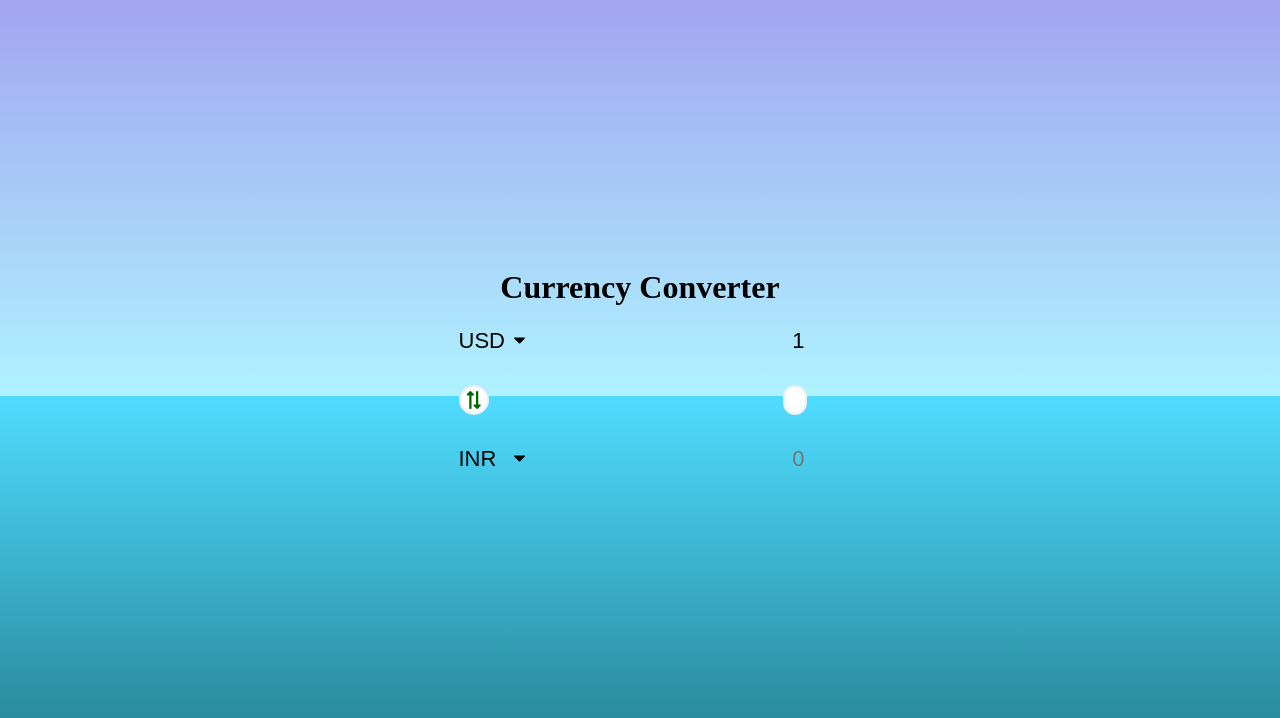
Repository: Sp4ngl3r/Currency-Converter
Page: currency.html
An editor plug-in stored every save of this project. The page is shown before and after the next save, followed by the edit.
The browser window is 1280 px wide. The pictures show the whole page.
The page's requests for data from a server got no answer. Some web fonts or font styles are not loaded; a fallback is used. Some web libraries are served in a nearby version.

Above is the page before, as saved 2020-04-19 09:11:34.

### currency.html
<html lang="en">
  <head>
    <meta charset="UTF-8" />
    <title>Currency Converter</title>
    <link
      rel="stylesheet"
      href="https://cdnjs.cloudflare.com/ajax/libs/font-awesome/5.10.2/css/all.min.css"
    />
    <link rel="stylesheet" href="currency.css" />
  </head>
  <body>
    <div>
      <h1>Currency Converter</h1>
    </div>
    <div class="container">
      <div class="currency">
        <select id="from_currency">
          <option value="AED">AED</option>
          <option value="ARS">ARS</option>
          <option value="AUD">AUD</option>
          <option value="BGN">BGN</option>
          <option value="BRL">BRL</option>
          <option value="BSD">BSD</option>
          <option value="CAD">CAD</option>
          <option value="CHF">CHF</option>
          <option value="CLP">CLP</option>
          <option value="CNY">CNY</option>
          <option value="COP">COP</option>
          <option value="CZK">CZK</option>
          <option value="DKK">DKK</option>
          <option value="DOP">DOP</option>
          <option value="EGP">EGP</option>
          <option value="EUR">EUR</option>
          <option value="FJD">FJD</option>
          <option value="GBP">GBP</option>
          <option value="GTQ">GTQ</option>
          <option value="HKD">HKD</option>
          <option value="HRK">HRK</option>
          <option value="HUF">HUF</option>
          <option value="IDR">IDR</option>
          <option value="ILS">ILS</option>
          <option value="INR">INR</option>
          <option value="ISK">ISK</option>
          <option value="JPY">JPY</option>
          <option value="KRW">KRW</option>
          <option value="KZT">KZT</option>
          <option value="MXN">MXN</option>
          <option value="MYR">MYR</option>
          <option value="NOK">NOK</option>
          <option value="NZD">NZD</option>
          <option value="PAB">PAB</option>
          <option value="PEN">PEN</option>
          <option value="PHP">PHP</option>
          <option value="PKR">PKR</option>
          <option value="PLN">PLN</option>
          <option value="PYG">PYG</option>
          <option value="RON">RON</option>
          <option value="RUB">RUB</option>
          <option value="SAR">SAR</option>
          <option value="SEK">SEK</option>
          <option value="SGD">SGD</option>
          <option value="THB">THB</option>
          <option value="TRY">TRY</option>
          <option value="TWD">TWD</option>
          <option value="UAH">UAH</option>
          <option value="USD" selected>USD</option>
          <option value="UYU">UYU</option>
          <option value="VND">VND</option>
          <option value="ZAR">ZAR</option>
        </select>
        <input type="number" id="from_amount" placeholder="0" value="1" />
      </div>
      <div class="middle">
        <button id="exchange">
          <i class="fas fa-exchange-alt"></i>
        </button>
        <div class="rate" id="rate"></div>
      </div>
      <div class="currency">
        <select id="to_currency"
          ><option value="AED">AED</option>
          <option value="ARS">ARS</option>
          <option value="AUD">AUD</option>
          <option value="BGN">BGN</option>
          <option value="BRL">BRL</option>
          <option value="BSD">BSD</option>
          <option value="CAD">CAD</option>
          <option value="CHF">CHF</option>
          <option value="CLP">CLP</option>
          <option value="CNY">CNY</option>
          <option value="COP">COP</option>
          <option value="CZK">CZK</option>
          <option value="DKK">DKK</option>
          <option value="DOP">DOP</option>
          <option value="EGP">EGP</option>
          <option value="EUR">EUR</option>
          <option value="FJD">FJD</option>
          <option value="GBP">GBP</option>
          <option value="GTQ">GTQ</option>
          <option value="HKD">HKD</option>
          <option value="HRK">HRK</option>
          <option value="HUF">HUF</option>
          <option value="IDR">IDR</option>
          <option value="ILS">ILS</option>
          <option value="INR" selected>INR</option>
          <option value="ISK">ISK</option>
          <option value="JPY">JPY</option>
          <option value="KRW">KRW</option>
          <option value="KZT">KZT</option>
          <option value="MXN">MXN</option>
          <option value="MYR">MYR</option>
          <option value="NOK">NOK</option>
          <option value="NZD">NZD</option>
          <option value="PAB">PAB</option>
          <option value="PEN">PEN</option>
          <option value="PHP">PHP</option>
          <option value="PKR">PKR</option>
          <option value="PLN">PLN</option>
          <option value="PYG">PYG</option>
          <option value="RON">RON</option>
          <option value="RUB">RUB</option>
          <option value="SAR">SAR</option>
          <option value="SEK">SEK</option>
          <option value="SGD">SGD</option>
          <option value="THB">THB</option>
          <option value="TRY">TRY</option>
          <option value="TWD">TWD</option>
          <option value="UAH">UAH</option>
          <option value="USD">USD</option>
          <option value="UYU">UYU</option>
          <option value="VND">VND</option>
          <option value="ZAR">ZAR</option>
        </select>
        <input type="number" id="to_amount" placeholder="0" />
      </div>
    </div>
    <script src="currency.js"></script>
  </body>
</html>

### currency.css
@import url("https://fonts.googleapis.com/css?family=Muli&display=swap");
* {
  box-sizing: border-box;
}
body {
  background: linear-gradient(
    to bottom,
    #a2a5f0 0%,
    #aff2ff 55%,
    #50dcff 55%,
    #298b9e 100%
  );
  font-family: "Muli", fantasy;
  display: flex;
  flex-direction: column;
  justify-content: center;
  align-items: center;
  height: 100vh;
  margin: 0;
}
.currency {
  display: flex;
  align-items: center;
  justify-content: space-between;
}
.currency select {
  background: transparent;
  background-image: url("data:[embedded picture, 475 characters]");
  background-repeat: no-repeat, repeat;
  background-position: right 0.2em top 50%, 0 0;
  background-size: 0.5em auto, 100%;
  border: 0;
  padding-right: 20px;
  font-size: 22px;
  -moz-appearance: none;
  -webkit-appearance: none;
  appearance: none;
}
.currency input {
  border: 0;
  background: transparent;
  font-size: 22px;
  text-align: right;
}
.middle {
  color: brown;
  display: flex;
  align-items: center;
  justify-content: space-between;
}
.middle button {
  background-color: #fff;
  border: 2px solid #ecf0f1;
  border-radius: 50%;
  cursor: pointer;
  color: darkgreen;
  font-size: 18px;
  display: flex;
  align-items: center;
  justify-content: center;
  height: 30px;
  width: 30px;
  transform: rotate(90deg);
}
.middle button:active {
  transform: rotate(90deg) scale(0.9);
}
.middle .rate {
  background-color: #fff;
  border: 2px solid #ecf0f1;
  border-radius: 50px;
  font-size: 18px;
  display: flex;
  align-items: center;
  justify-content: center;
  height: 30px;
  padding: 0 10px;
  margin: 30px 15px 30px 25px;
}
select:focus,
input:focus,
button:focus {
  outline: 0;
}

### currency.js
const from_initial_currency = document.getElementById("from_currency");
const from_initial_amount = document.getElementById("from_amount");
const to_expected_currency = document.getElementById("to_currency");
const to_expected_amount = document.getElementById("to_amount");
const rateEl = document.getElementById("rate");
const exchange = document.getElementById("exchange");

from_initial_currency.addEventListener("change", calculate);
from_initial_amount.addEventListener("input", calculate);
to_expected_currency.addEventListener("change", calculate);
to_expected_amount.addEventListener("input", calculate);

exchange.addEventListener("click", () => {
  const temp = from_initial_currency.value;
  from_initial_currency.value = to_expected_currency.value;
  to_expected_currency.value = temp;
  calculate();
});

function calculate() {
  const from_currency = from_initial_currency.value;
  const to_currency = to_expected_currency.value;

  fetch(`https://api.exchangerate-api.com/v4/latest/${from_currency}`)
    .then((res) => res.json())
    .then((res) => {
      const rate = res.rates[to_currency];
      rateEl.innerText = `1 ${from_currency} = ${rate} ${to_currency}`;
      to_expected_amount.value = (from_initial_amount.value * rate).toFixed(2);
    });
}

calculate();

After the next save:
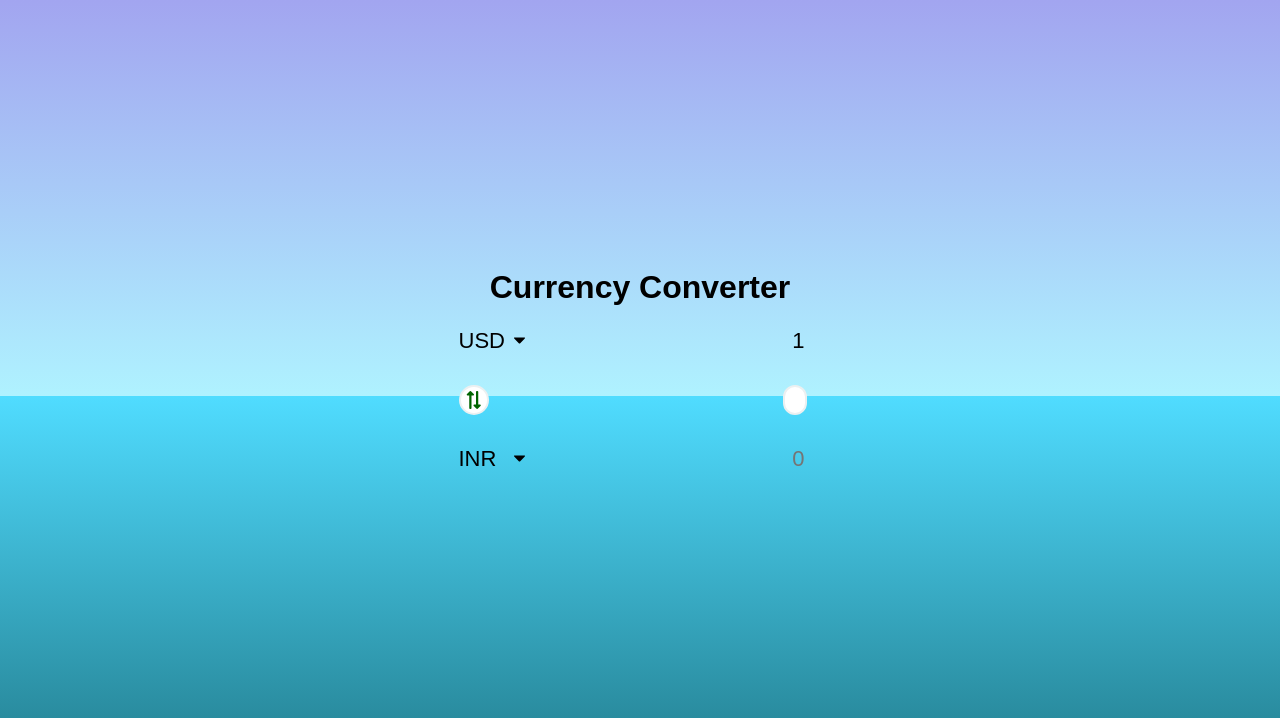
Saved 2 min 26 s later.
--- a/currency.css
+++ b/currency.css
@@ -82,3 +82,6 @@ input:focus,
 button:focus {
   outline: 0;
 }
+h1 {
+  font-family: "Comic Sans MS", cursive, sans-serif;
+}
